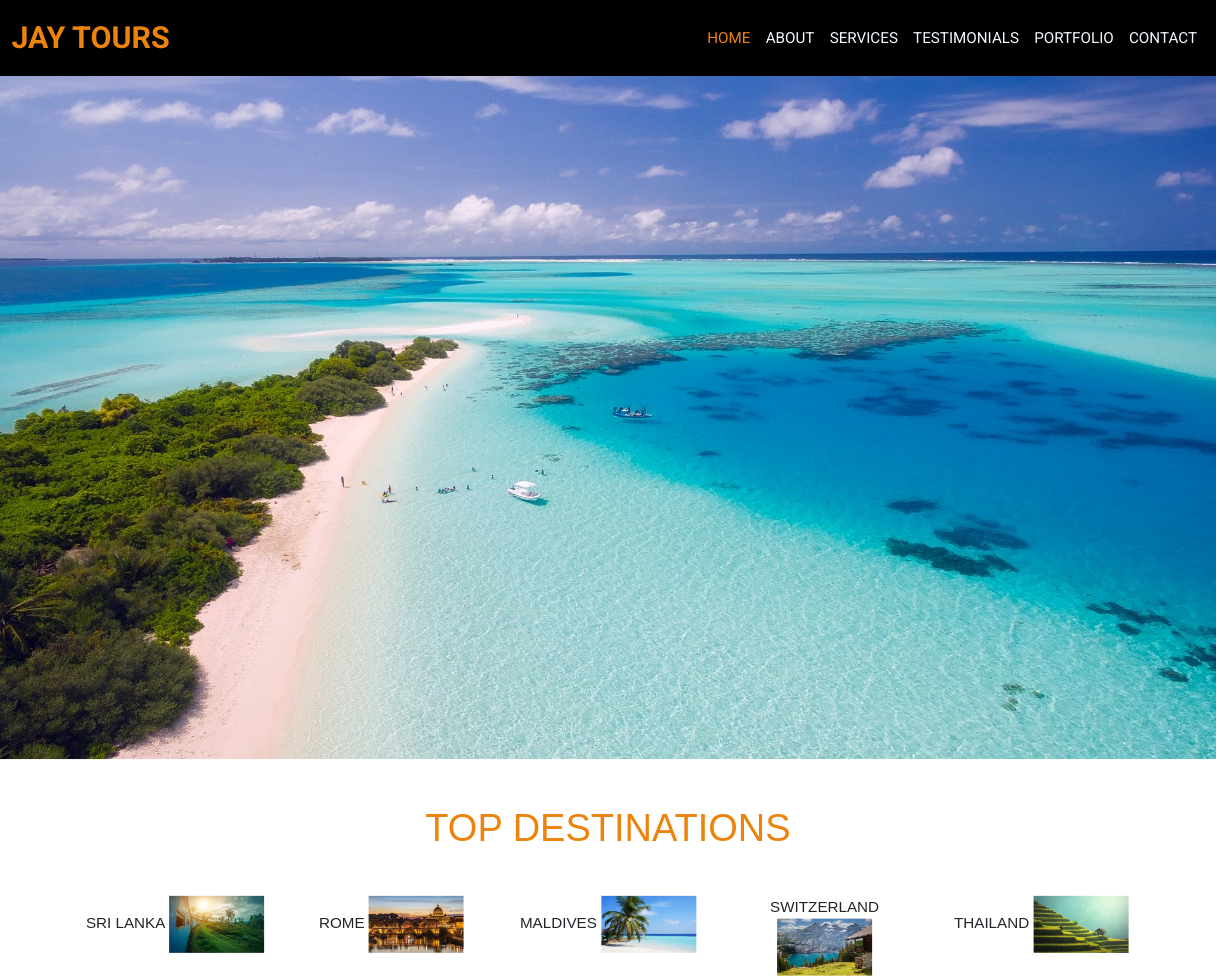
Repository: kasundiudn/Jay-Travel
Page: index.html
An editor plug-in stored every save of this project. The page is shown before and after the next save, followed by the edit.
The browser window is 1280 px wide. The pictures show the whole page, at 95% of full size.

Above is the page before, as saved 2025-06-26 10:33:35.

### index.html
<!doctype html>
<html lang="en">
  <head>
    <meta charset="utf-8">
    <meta name="viewport" content="width=device-width, initial-scale=1">
    <title>Bootstrap demo</title>
    <link rel="preconnect" href="https://fonts.googleapis.com">
<link rel="preconnect" href="https://fonts.gstatic.com" crossorigin>
<link href="https://fonts.googleapis.com/css2?family=Montserrat:ital,wght@0,100..900;1,100..900&family=Roboto:ital,wght@0,100..900;1,100..900&display=swap" rel="stylesheet">
    <link rel="preconnect" href="https://fonts.googleapis.com">
    <link rel="preconnect" href="https://fonts.gstatic.com" crossorigin>
    <link href="https://fonts.googleapis.com/css2?family=Roboto:ital,wght@0,100..900;1,100..900&display=swap" rel="stylesheet">
    <link href="https://cdn.jsdelivr.net/npm/bootstrap@5.3.7/dist/css/bootstrap.min.css" rel="stylesheet" integrity="sha384-LN+7fdVzj6u52u30Kp6M/trliBMCMKTyK833zpbD+pXdCLuTusPj697FH4R/5mcr" crossorigin="anonymous">
  <style>
    header{  font-family: "Roboto", sans-serif;
           }
    .nav-link{
        color: aliceblue;
    }
    body{
        font-family: "", sans-serif;
    }

  </style>
  </head>
  <body>
<header>
    <nav class="navbar navbar-expand-lg " style="background-color: black; height: 80px;">
  <div class="container-fluid">
    <a class="navbar-brand" href="#" style="color: #eb830c; font-weight: bold;  font-size:xx-large;">JAY TOURS</a>
    <button class="navbar-toggler" type="button" data-bs-toggle="collapse" data-bs-target="#navbarSupportedContent" aria-controls="navbarSupportedContent" aria-expanded="false" aria-label="Toggle navigation">
      <span class="navbar-toggler-icon"></span>
    </button>
    <div class="collapse navbar-collapse justify-content-end" id="navbarSupportedContent">
      <ul class="navbar-nav mb-2 mb-lg-0">
        <li class="nav-item">
          <a class="nav-link active" aria-current="page" href="#" style="color: #eb830c;">HOME</a>
        </li>
        <li class="nav-item">
          <a class="nav-link" href="#">ABOUT</a>
        </li>
         <li class="nav-item">
          <a class="nav-link" href="#">SERVICES</a>
        </li>
         <li class="nav-item">
          <a class="nav-link" href="#">TESTIMONIALS</a>
        </li>
         <li class="nav-item">
          <a class="nav-link" href="#">PORTFOLIO</a>
        </li>
         <li class="nav-item">
          <a class="nav-link" href="#">CONTACT</a>
        </li>
    </div>
  </div>
</nav>
</header>
<img src="main.jpg" alt="Beach image" style="width: 100%; height: auto;">

<div class="container text-center my-5">
  <h1 style="color: #eb830c;">TOP DESTINATIONS</h1></div>


<div class="container text-center">
  <div class="row">
    <div class="col">
      SRI LANKA
      <img src="Sri Lanka.jpg" alt="SRI LANKA" style="width: 100px; height: 60px;">
    </div>
    <div class="col">
      ROME
      <img src="Rome.jpg" alt="ROME" style="width: 100px; height: 60px;">
    </diV>
    <div class="col">
      MALDIVES
      <img src="Maldives.jpg" alt="MALDIVES" style="width: 100px; height: 60px;">
    </div>
    <div class="col">
      SWITZERLAND
        <img src="Switzerland.jpg" alt="SWITZERLAND" style="width: 100px; height: 60px;">
    </div>
    <div class="col">
      THAILAND
        <img src="Thailand.jpg" alt="THAILAND" style="width: 100px; height: 60px;">
    </div>
  </div>
</div>

    <script src="https://cdn.jsdelivr.net/npm/@popperjs/core@2.11.8/dist/umd/popper.min.js" integrity="sha384-I7E8VVD/ismYTF4hNIPjVp/Zjvgyol6VFvRkX/vR+Vc4jQkC+hVqc2pM8ODewa9r" crossorigin="anonymous"></script>
<script src="https://cdn.jsdelivr.net/npm/bootstrap@5.3.7/dist/js/bootstrap.min.js" integrity="sha384-7qAoOXltbVP82dhxHAUje59V5r2YsVfBafyUDxEdApLPmcdhBPg1DKg1ERo0BZlK" crossorigin="anonymous"></script>
  </body>
</html>

After the next save:
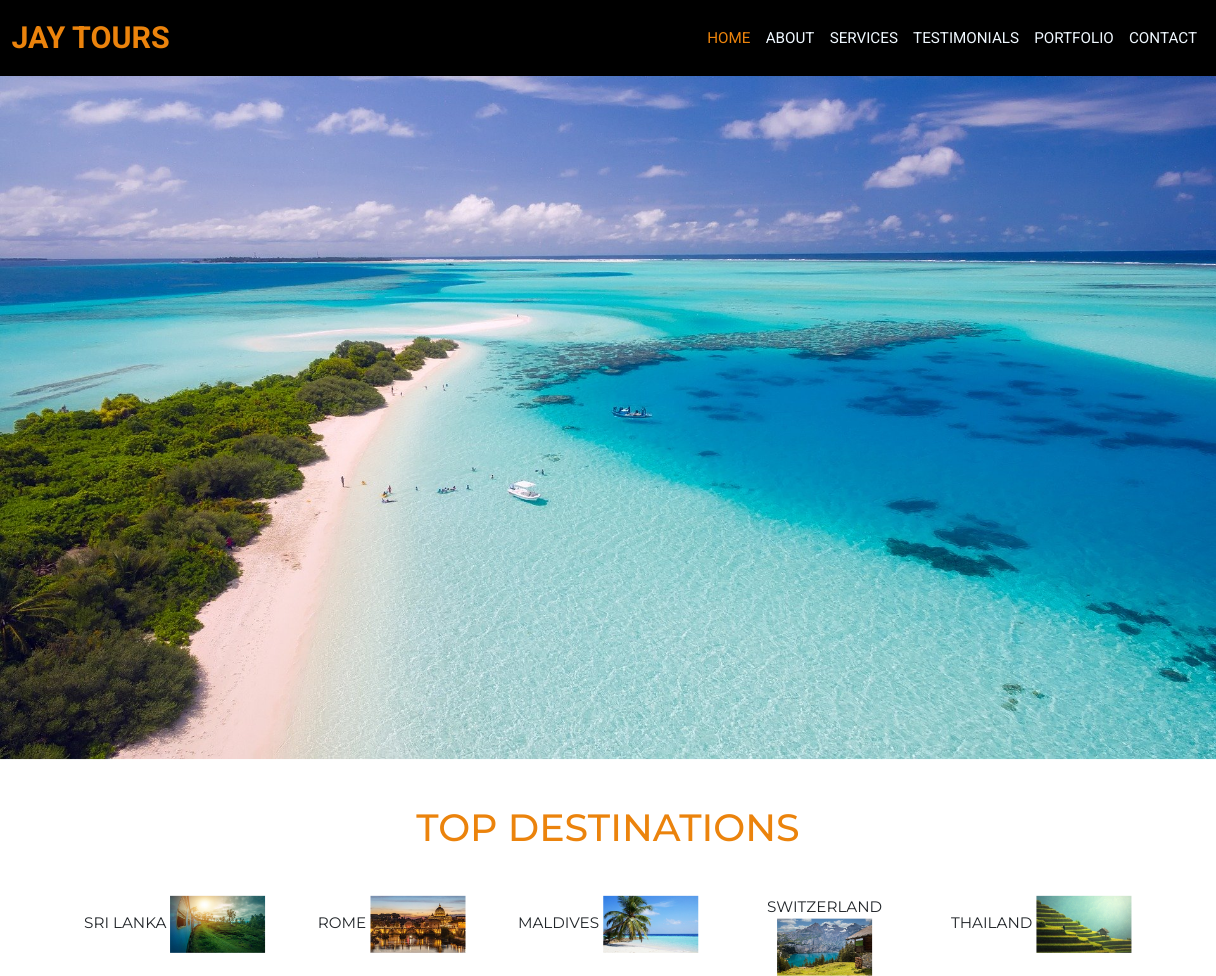
Saved 24 s later.
--- a/index.html
+++ b/index.html
@@ -18,7 +18,7 @@
         color: aliceblue;
     }
     body{
-        font-family: "", sans-serif;
+        font-family: "montserrat", sans-serif;
     }
 
   </style>

After the 4 saves that followed:
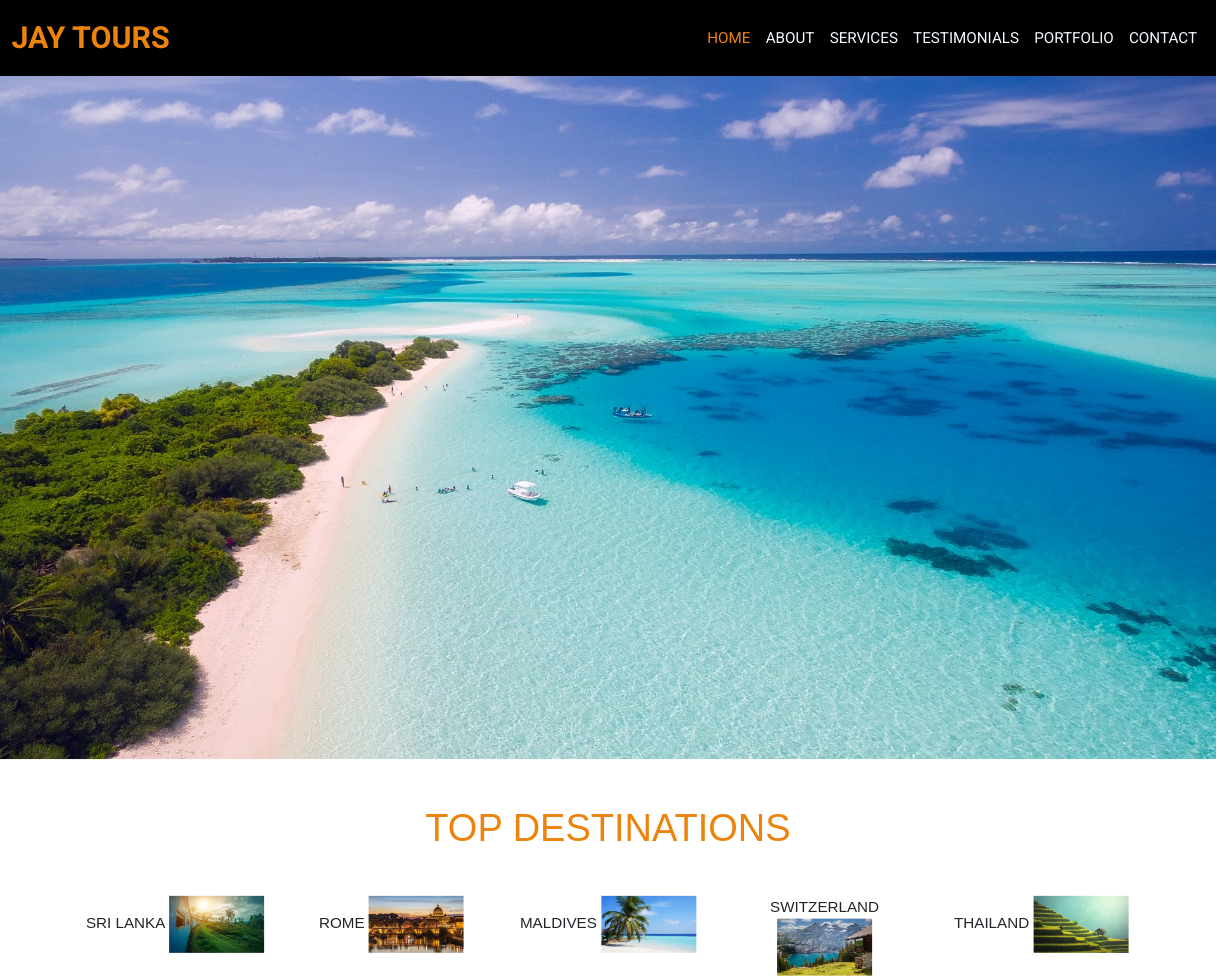
The 4 saves are shown as one change because they came seconds apart.
The last was saved 21 s later.
--- a/index.html
+++ b/index.html
@@ -18,7 +18,7 @@
         color: aliceblue;
     }
     body{
-        font-family: "montserrat", sans-serif;
+        font-family: "Rboto", sans-serif;
     }
 
   </style>
